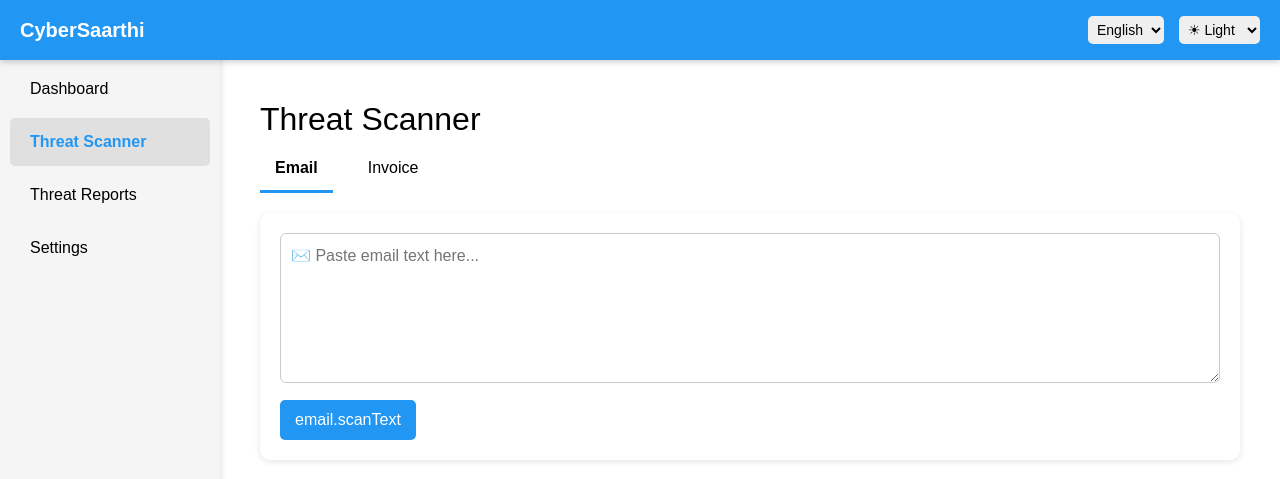
Repository: riyaaaa19/CyberSaarthi
Page: /scanner (app in frontend/)
These files come from the project's save history. The page is drawn as it stood at one moment and after the next save; the edit follows.
The browser window is 1280 px wide. The pictures show the whole page.
The project was rebuilt for these pictures with package versions that can differ from the ones it lists, and the page was loaded fresh each time. Also part of the build but not shown: frontend/vite.config.ts, frontend/src/services/api.js, frontend/src/pages/Dashboard.js, frontend/src/pages/Reports.js, frontend/src/pages/Settings.js.

Above is the page before, as saved 2025-08-21 19:55:17.

### frontend/src/index.js
import React from "react";
import ReactDOM from "react-dom/client";
import App from "./App";
import "bootstrap/dist/css/bootstrap.min.css";
import "./styles/style.css";

const root = ReactDOM.createRoot(document.getElementById("root"));
root.render(<App />);

### frontend/src/App.js
import React from "react";
import { BrowserRouter as Router, Routes, Route, Navigate } from "react-router-dom";
import Navbar from "./components/Navbar";
import Sidebar from "./components/Sidebar";
import Dashboard from "./pages/Dashboard";
import Scanner from "./pages/Scanner";
import Reports from "./pages/Reports";
import Settings from "./pages/Settings";
import { ThemeLangProvider } from "./ThemeLangContext";  // ✅ Import provider

function App() {
  const layoutStyle = { display: "flex" };
  const contentStyle = {
    marginLeft: "220px",
    flex: 1,
    padding: "20px",
    marginTop: "60px"   // ✅ push down content so it doesn’t overlap navbar
  };

  return (
    <ThemeLangProvider>
      <Router>
        <Navbar />
        <div style={layoutStyle}>
          <Sidebar />
          <div style={contentStyle}>
            <Routes>
              <Route path="/" element={<Navigate to="/dashboard" />} />
              <Route path="/dashboard" element={<Dashboard />} />
              <Route path="/scanner" element={<Scanner />} />
              <Route path="/reports" element={<Reports />} />
              <Route path="/settings" element={<Settings />} />
            </Routes>
          </div>
        </div>
      </Router>
    </ThemeLangProvider>
  );
}

export default App;

### frontend/src/styles/style.css
body {
  font-family: 'Poppins', sans-serif;
  background: #f8f9fa;
}
.sidebar {
  width: 250px;
  background: #fff;
  min-height: 100vh;
}
.nav-link.active {
  background-color: #0d6efd !important;
  color: #fff !important;
}

### frontend/src/components/Navbar.js
import React, { useContext } from "react";
import { ThemeLangContext } from "../ThemeLangContext";
import { useT } from "../i18n";   // ✅ use useT hook

function Navbar() {
  const { theme, setTheme, lang, setLang } = useContext(ThemeLangContext);
  const t = useT();   // ✅ call hook to get translation function

  const navbarStyle = {
    position: "fixed",
    top: 0,
    left: 0,
    width: "100%",
    height: "60px",
    background: theme === "dark" ? "#121212" : "#2196f3",
    color: "#fff",
    display: "flex",
    alignItems: "center",
    justifyContent: "space-between",
    padding: "0 20px",
    boxShadow: "0 2px 6px rgba(0,0,0,0.2)",
    zIndex: 1000
  };

  const titleStyle = {
    fontSize: "20px",
    fontWeight: "bold"
  };

  const controlsStyle = {
    display: "flex",
    alignItems: "center",
    gap: "15px"
  };

  const selectStyle = {
    padding: "5px",
    borderRadius: "5px",
    border: "none",
    fontSize: "14px",
    cursor: "pointer"
  };

  return (
    <div style={navbarStyle}>
      {/* App Title */}
      <div style={titleStyle}>{t("app.title")}</div>

      {/* Controls */}
      <div style={controlsStyle}>
        {/* Language Selector */}
        <select
          value={lang}
          onChange={(e) => setLang(e.target.value)}
          style={selectStyle}
        >
          <option value="en">English</option>
          <option value="hi">हिन्दी</option>
        </select>

        {/* Theme Selector */}
        <select
          value={theme}
          onChange={(e) => setTheme(e.target.value)}
          style={selectStyle}
        >
          <option value="light">☀ Light</option>
          <option value="dark">🌙 Dark</option>
        </select>
      </div>
    </div>
  );
}

export default Navbar;

### frontend/src/components/Sidebar.js
import React, { useContext } from "react";
import { Link, useLocation } from "react-router-dom";
import { ThemeLangContext } from "../ThemeLangContext";
import { useT } from "../i18n";   // ✅ use hook

function Sidebar() {
  const { theme } = useContext(ThemeLangContext);
  const location = useLocation();
  const t = useT();   // ✅ call hook

  const sidebarStyle = {
    width: "220px",
    height: "100vh",
    position: "fixed",
    left: 0,
    top: 0,
    background: theme === "dark" ? "#1e1e1e" : "#f5f5f5",
    color: theme === "dark" ? "#fff" : "#000",
    paddingTop: "60px",
    boxShadow: "2px 0 5px rgba(0,0,0,0.1)"
  };

  const linkStyle = (path) => ({
    display: "block",
    padding: "12px 20px",
    color:
      location.pathname === path
        ? "#2196f3"
        : theme === "dark"
        ? "#ddd"
        : "#000",
    textDecoration: "none",
    fontWeight: location.pathname === path ? "bold" : "normal",
    background:
      location.pathname === path
        ? theme === "dark"
          ? "#333"
          : "#e0e0e0"
        : "transparent",
    borderRadius: "5px",
    margin: "5px 10px"
  });

  return (
    <div style={sidebarStyle}>
      <Link to="/dashboard" style={linkStyle("/dashboard")}>
        {t("dashboard.title")}
      </Link>
      <Link to="/scanner" style={linkStyle("/scanner")}>
        {t("scanner.title")}
      </Link>
      <Link to="/reports" style={linkStyle("/reports")}>
        {t("reports.title")}
      </Link>
      <Link to="/settings" style={linkStyle("/settings")}>
        {t("settings.title")}
      </Link>
    </div>
  );
}

export default Sidebar;

### frontend/src/pages/Scanner.js
import React, { useState, useContext, useEffect } from "react";
import { useT } from "../i18n";
import { ThemeLangContext } from "../ThemeLangContext";

function Scanner() {
  const t = useT();
  const { theme } = useContext(ThemeLangContext);

  const [activeTab, setActiveTab] = useState("email");
  const [input, setInput] = useState("");
  const [result, setResult] = useState(null);

  // ✅ Reset textarea + result when switching tab
  useEffect(() => {
    setInput("");
    setResult(null);
  }, [activeTab]);

  // styles
  const boxStyle = {
    padding: "20px",
    borderRadius: "10px",
    marginTop: "20px",
    background: theme === "dark" ? "#1e1e1e" : "#fff",
    color: theme === "dark" ? "#f5f5f5" : "#000",
    boxShadow: "0 2px 6px rgba(0,0,0,0.1)",
  };

  const tabStyle = (tab) => ({
    padding: "10px 15px",
    cursor: "pointer",
    borderBottom:
      activeTab === tab
        ? `3px solid ${theme === "dark" ? "#90caf9" : "#2196f3"}`
        : "3px solid transparent",
    fontWeight: activeTab === tab ? "bold" : "normal",
    color: theme === "dark" ? "#f5f5f5" : "#000",
  });

  const buttonStyle = {
    marginTop: "10px",
    padding: "8px 15px",
    background: theme === "dark" ? "#90caf9" : "#2196f3",
    color: theme === "dark" ? "#000" : "white",
    border: "none",
    borderRadius: "5px",
    cursor: "pointer",
  };

  // 🔔 Browser notification function
  function showNotification(title, body) {
    if (Notification.permission === "granted") {
      new Notification(title, { body });
    } else if (Notification.permission !== "denied") {
      Notification.requestPermission().then((permission) => {
        if (permission === "granted") {
          new Notification(title, { body });
        }
      });
    }
  }

  const handleScan = async () => {
    if (!input.trim()) {
      setResult({ verdict: "⚠️", explanation: "Please paste some text first." });
      return;
    }

    setResult({ verdict: "⏳", explanation: "Scanning..." });

    const endpoint =
      activeTab === "email"
        ? "http://localhost:8000/v1/scan/email"
        : "http://localhost:8000/v1/scan/invoice";

    const body =
      activeTab === "email"
        ? { email_text: input, lang: "en" }
        : { invoice_text: input, lang: "en" };

    try {
      const res = await fetch(endpoint, {
        method: "POST",
        headers: {
          "Content-Type": "application/json",
          "x-api-key": localStorage.getItem("API_KEY") || "changeme-demo-key",
        },
        body: JSON.stringify(body),
      });

      const data = await res.json();
      setResult(data);

      showNotification("Scan Result", `${data.verdict} - ${data.explanation}`);
    } catch (err) {
      console.error(err);
      setResult({ verdict: "ERROR", explanation: "⚠️ Error scanning. Check backend." });
      showNotification("Scan Error", "Could not reach backend.");
    }
  };

  return (
    <div style={{ padding: "20px" }}>
      <h2>{t("scanner.title")}</h2>

      {/* Tabs */}
      <div style={{ display: "flex", gap: "20px", marginBottom: "20px" }}>
        <div style={tabStyle("email")} onClick={() => setActiveTab("email")}>
          {t("scanner.emailTab")}
        </div>
        <div style={tabStyle("invoice")} onClick={() => setActiveTab("invoice")}>
          {t("scanner.invoiceTab")}
        </div>
      </div>

      {/* Input box */}
      <div style={boxStyle}>
        <textarea
          placeholder={
            activeTab === "email"
              ? "✉️ Paste email text here..."
              : t("invoice.paste")
          }
          value={input}
          onChange={(e) => setInput(e.target.value)}
          style={{
            width: "100%",
            height: "150px",
            padding: "10px",
            borderRadius: "6px",
            border: "1px solid #ccc",
            background: theme === "dark" ? "#2c2c2c" : "#fff",
            color: theme === "dark" ? "#f5f5f5" : "#000",
          }}
        />
        <button onClick={handleScan} style={buttonStyle}>
          {activeTab === "email" ? t("email.scanText") : t("invoice.scanText")}
        </button>


      </div>

      {/* Result */}
      {result && (
        <div
          style={{
            marginTop: "20px",
            fontWeight: "bold",
            color: theme === "dark" ? "#90caf9" : "#444",
          }}
        >
          <p><b>Verdict:</b> {result.verdict}</p>
          <p><b>Score:</b> {result.score ?? "N/A"}</p>
          <p><b>Explanation:</b> {result.explanation}</p>
        </div>
      )}
    </div>
  );
}

export default Scanner;

### frontend/src/ThemeLangContext.js
import React, { createContext, useState, useEffect } from "react";

export const ThemeLangContext = createContext();

export const ThemeLangProvider = ({ children }) => {
  const [theme, setTheme] = useState(localStorage.getItem("THEME") || "light");
  const [lang, setLang] = useState(localStorage.getItem("LANG") || "en");

  // Apply theme globally
  useEffect(() => {
    localStorage.setItem("THEME", theme);
    document.body.style.background = theme === "dark" ? "#121212" : "#fff";
    document.body.style.color = theme === "dark" ? "#f5f5f5" : "#000";
  }, [theme]);

  // Persist lang
  useEffect(() => {
    localStorage.setItem("LANG", lang);
  }, [lang]);

  return (
    <ThemeLangContext.Provider value={{ theme, setTheme, lang, setLang }}>
      {children}
    </ThemeLangContext.Provider>
  );
};

### frontend/src/i18n.js
import { useContext } from "react";
import { ThemeLangContext } from "./ThemeLangContext";

const MESSAGES = {
  en: {
    "app.title": "CyberSaarthi",

    // Common
    "common.verdict": "Verdict",
    "common.score": "Score",
    "common.explanation": "Explanation",

    // Email Scanner Verdicts
    "email.safe": "Safe",
    "email.suspicious": "Suspicious",
    "email.malicious": "Malicious",

    // Invoice Scanner
    "invoice.title": "Invoice Scanner",
    "invoice.safe": "Invoice Safe",
    "invoice.suspicious": "Invoice Suspicious",
    "invoice.malicious": "Invoice Malicious",
    "invoice.upload": "Upload invoice file (PDF/image)",
    "invoice.paste": "Or paste invoice text",
    "invoice.scanText": "Scan Text",

    // Dashboard
    "dashboard.title": "Dashboard",
    "dashboard.total": "Total Scans",
    "dashboard.safe": "Safe",
    "dashboard.suspicious": "Suspicious",
    "dashboard.malicious": "Malicious",
    "dashboard.distribution": "Threat Distribution",
    "dashboard.trend": "Threat Trend",
    "dashboard.recentReports": "Recent Reports",
    "dashboard.recentActivity": "Recent Activity",
    "dashboard.verdict": "Verdict",
    "dashboard.score": "Score",
    "dashboard.explanation": "Explanation",
    "dashboard.date": "Date",
    "dashboard.noReports": "No reports available",

    // Reports
    "reports.title": "Threat Reports",

    // Scanner
    "scanner.title": "Threat Scanner",
    "scanner.emailTab": "Email",
    "scanner.invoiceTab": "Invoice",

    // Settings
    "settings.title": "Settings",
    "settings.apiBase": "API Base URL",
    "settings.apiKey": "API Key (x-api-key header)",
    "settings.lang": "Language",
    "settings.theme": "Theme",
    "settings.light": "Light",
    "settings.dark": "Dark",
    "settings.notifications": "Enable Notifications",
    "settings.save": "Save",
    "settings.saved": "Settings saved successfully!"
  },

  hi: {
    "app.title": "साइबर सारथी",

    // Common
    "common.verdict": "परिणाम",
    "common.score": "स्कोर",
    "common.explanation": "व्याख्या",

    // Email Scanner Verdicts
    "email.safe": "सुरक्षित",
    "email.suspicious": "संदिग्ध",
    "email.malicious": "हानिकारक",

    // Invoice Scanner
    "invoice.title": "इनवॉइस स्कैनर",
    "invoice.safe": "इनवॉइस सुरक्षित",
    "invoice.suspicious": "इनवॉइस संदिग्ध",
    "invoice.malicious": "हानिकारक इनवॉइस",
    "invoice.upload": "इनवॉइस फ़ाइल अपलोड करें (PDF/इमेज)",
    "invoice.paste": "या इनवॉइस टेक्स्ट पेस्ट करें",
    "invoice.scanText": "टेक्स्ट स्कैन करें",

    // Dashboard
    "dashboard.title": "डैशबोर्ड",
    "dashboard.total": "कुल स्कैन",
    "dashboard.safe": "सुरक्षित",
    "dashboard.suspicious": "संदिग्ध",
    "dashboard.malicious": "हानिकारक",
    "dashboard.distribution": "खतरे का वितरण",
    "dashboard.trend": "खतरे की प्रवृत्ति",
    "dashboard.recentReports": "हाल की रिपोर्टें",
    "dashboard.recentActivity": "हाल की गतिविधियाँ",
    "dashboard.verdict": "परिणाम",
    "dashboard.score": "स्कोर",
    "dashboard.explanation": "व्याख्या",
    "dashboard.date": "तारीख",
    "dashboard.noReports": "कोई रिपोर्ट उपलब्ध नहीं",

    // Reports
    "reports.title": "खतरे की रिपोर्टें",

    // Scanner
    "scanner.title": "खतरा स्कैनर",
    "scanner.emailTab": "ईमेल",
    "scanner.invoiceTab": "इनवॉइस",

    // Settings
    "settings.title": "सेटिंग्स",
    "settings.apiBase": "API बेस URL",
    "settings.apiKey": "API कुंजी (x-api-key हेडर)",
    "settings.lang": "भाषा",
    "settings.theme": "थीम",
    "settings.light": "हल्की",
    "settings.dark": "गहरी",
    "settings.notifications": "सूचनाएं सक्षम करें",
    "settings.save": "सहेजें",
    "settings.saved": "सेटिंग्स सफलतापूर्वक सहेजी गईं!"
  }
};

// ✅ Hook version of translator
export function useT() {
  const { lang } = useContext(ThemeLangContext);
  return (key) => MESSAGES[lang]?.[key] || key;
}

Loaded but not shown: frontend/public/index.html (common file)

After the next save:
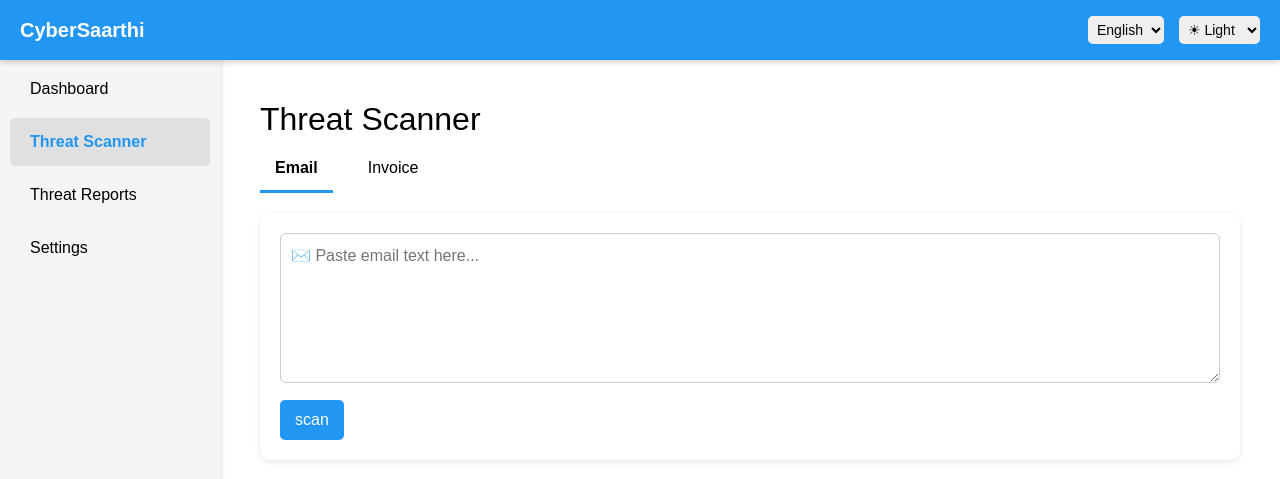
Saved 17 s later.
--- a/frontend/src/pages/Scanner.js
+++ b/frontend/src/pages/Scanner.js
@@ -134,7 +134,7 @@ function Scanner() {
           }}
         />
         <button onClick={handleScan} style={buttonStyle}>
-          {activeTab === "email" ? t("email.scanText") : t("invoice.scanText")}
+          {activeTab === "email" ? t("scan") : t("invoice.scanText")}
         </button>
 
 
